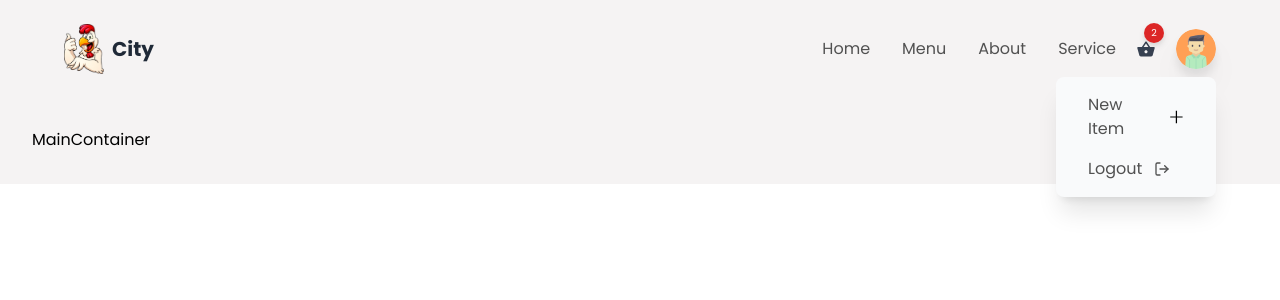
Repository: shikubro90/foodApp
Page: /
These files come from the project's save history. The page is drawn as it stood at one moment and after the next save; the edit follows.
The browser window is 1280 px wide. The pictures show the whole page.
The project was rebuilt for these pictures with package versions that can differ from the ones it lists, and the page was loaded fresh each time. Also part of the build but not shown: src/Components/CreateContainer.jsx.

Above is the page before, as saved 2022-09-21 19:32:44.

### src/index.js
import React from 'react'
import ReactDOM from 'react-dom/client'
import './index.css'
import App from './App'

import {BrowserRouter} from 'react-router-dom'

import {StateProvider} from './context/StateProvider'
import {initialState} from './context/InitialState'
import reducer from './context/reducer'

const root = ReactDOM.createRoot(document.getElementById('root'));
root.render(
  <React.StrictMode>
    <BrowserRouter>
      <StateProvider initialState={initialState} reducer={reducer}>
        <App />
      </StateProvider>
    </BrowserRouter>
  </React.StrictMode>
);

### src/index.css
@import url(https://fonts.googleapis.com/css?family=Poppins:100,100italic,200,200italic,300,300italic,regular,italic,500,500italic,600,600italic,700,700italic,800,800italic,900,900italic);

*{
    margin: 0;
    padding: 0;
    box-sizing: border-box;
}
body{
    font-family: "Poppins", sans-serif, system-ui, -apple-system, BlinkMacSystemFont, 'Segoe UI', Roboto, Oxygen, Ubuntu, Cantarell, 'Open Sans', 'Helvetica Neue', sans-serif;
}

html, body{
    scroll-behavior: smooth;
}

@tailwind base;
@tailwind components;
@tailwind utilities;

@layer components {
    .newDishCard {
      @apply w-225 h-auto p-4 rounded-2xl shadow-2xl duration-100 ease-in-out bg-cardColor backdrop-blur-md hover:shadow-none hover:bg-gradient-to-bl from-emerald-400 to-emerald-700 flex flex-col items-center justify-center relative;
    }
  }

### src/App.js
import React from 'react'
import { Header, CreateContainer, MainContainer } from './Components'
import {Route, Routes} from 'react-router-dom'
import {AnimatePresence} from 'framer-motion'

const App = () => {
  return (
    <AnimatePresence>
      <div className="w-screen h-auto flex flex-col bg-primary ">
          <Header/>
          <main className='mt-24 p-8 w-full'>
            <Routes>
              <Route path='/' element={<MainContainer/>}/>
              <Route path='create' element={<CreateContainer/>}/>
            </Routes>
          </main>
      </div>
    </AnimatePresence>
  )
}

export default App

### src/context/InitialState.js
import { fetchUser } from "../utils/localStorageData"

const userInfo = fetchUser()

export const initialState = {
    user: userInfo,


}

### src/context/reducer.js
export const actionType = {
    SET_USER : "SET_USER"
};

const reducer = (state, action) =>{
    switch (action.type) {
        case actionType.SET_USER:
          return {
            ...state,
            user: action.user,
          };
        default :
        return state;
    }
}

export default reducer;

### src/Components/index.js
export {default as Header} from './Header'
export {default as MainContainer} from './MainContainer'
export {default as CreateContainer} from './CreateContainer'

### src/utils/localStorageData.js
export const fetchUser =()=>{
    const userInfo = localStorage.getItem("user") !== "undefined" ?
    JSON.parse(localStorage.getItem("user")): localStorage.clear();

    return userInfo
}

### src/Components/Header.jsx
import logo from '../img/logo.png'
import { IoMdBasket } from 'react-icons/io'
import {GrAdd} from 'react-icons/gr'
import {FiLogOut} from 'react-icons/fi'
import Avatar from '../img/avatar.png'
import { motion } from 'framer-motion'
import { Link, NavLink } from 'react-router-dom'

// firebase auth
import { getAuth, GoogleAuthProvider, signInWithPopup } from 'firebase/auth'

// get app from firebase.config.js file
import { app } from '../Firebase.config'
import { useStateValue } from '../context/StateProvider'
import { actionType } from '../context/reducer'


const Header = () => {

  const firebaseAuth = getAuth(app)
  const provider = new GoogleAuthProvider()
  const [{ user }, dispatch] = useStateValue();


  const login = async () => {
    if (!user){
      const {
        user: {refreshToken, providerData }
      } = await signInWithPopup(firebaseAuth, provider)
      dispatch({
        type: actionType.SET_USER,
        user: providerData[0],
      })
      localStorage.setItem("user", JSON.stringify(providerData[0]))
    }
  }


  return (
    <div className="fixed z-50 w-screen p-3 px-4 md:p-6 md:px-16 bg-primary">
      {/* Desktop & Tablet */}
      <div className="hidden md:flex w-full h-full items-center justify-between">
        <NavLink to={'/'}>
          <motion.div
            whileTap={{ scale: 0.6 }}
            className="flex items-center gap-2"
          >
            <img src={logo} alt="logo" className="w-10 object-cover" />
            <p className="text-gray-800 text-xl font-bold">City</p>
          </motion.div>
        </NavLink>

        <div className="flex justify-center items-center">
          <ul className="flex items-center justify-center gap-8 ml-auto">
            <li className="text-base text-textColor cursor-pointer hover:text-gray-600 duration-100 ease-in-out">
              Home
            </li>
            <li className="text-base text-textColor cursor-pointer hover:text-gray-600 duration-100 ease-in-out">
              Menu
            </li>
            <li className="text-base text-textColor cursor-pointer hover:text-gray-600 duration-100 ease-in-out">
              About
            </li>
            <li className="text-base text-textColor cursor-pointer hover:text-gray-600 duration-100 ease-in-out">
              Service
            </li>
          </ul>

          <div className="relative flex items-center justify-center ml-5 cursor-pointer">

            <motion.div whileTap={{ scale: 0.6 }}>
              <IoMdBasket className="text-xl text-gray-700" />
              <motion.span
                whileHover={{ scale: 1.1 }}
                className="drop-shadow-md rounded-full w-5 h-5 bg-cart bg-car bg-red-600 flex justify-center items-center text-[.6rem] text-white -top-4 -right-2 absolute"
              >
                2
              </motion.span>
            </motion.div>

          </div>

          <div className="relative">

            <motion.img
              whileTap={{ scale: 0.6 }}
              src={user ? user.photoURL : Avatar}
              alt=""
              className="w-6 h-6 min-w-[40px] min-h-[40px] ml-5 cursor-pointer drop-shadow-xl rounded-full"
              onClick={login}
            />
            <div className='w-40 shadow-xl absolute bg-gray-50 right-0 top-12 rounded-lg flex flex-col px-4 py-2'>
              <p className='px-4 py-2 flex items-center gap-3 cursor-pointer hover:bg-slate-200 transition-all duration-100 ease-in-out text-textColor text-base'>New Item <GrAdd/></p>
              <p className='px-4 py-2 flex items-center gap-3 cursor-pointer hover:bg-slate-200 transition-all duration-100 ease-in-out text-textColor text-base'>Logout <FiLogOut/></p>
            </div>

          </div>
        </div>
      </div>

      {/* Mobile */}
      <div className="flex md:hidden w-full h-full bg-blue-400">Mobile</div>
    </div>
  )
}

export default Header

### src/Firebase.config.js
import {getApp, getApps, initializeApp} from "firebase/app"
import {getFirestore} from "firebase/firestore"
import {getStorage} from "firebase/storage"

const firebaseConfig = {
    apiKey: "AIzaSyAGBeUhrzzT-68kroIN5G62mBqU-b-5so0",
    authDomain: "foodapp-6e162.firebaseapp.com",
    databaseURL: "https://foodapp-6e162-default-rtdb.firebaseio.com",
    projectId: "foodapp-6e162",
    storageBucket: "foodapp-6e162.appspot.com",
    messagingSenderId: "875229452645",
    appId: "1:875229452645:web:13552ebbe293467d7f698c"
  };

const app = getApps.length>0? getApp() : initializeApp(firebaseConfig);
const fireStore = getFirestore(app)
const storage = getStorage(app)

export {app, fireStore, storage}

### tailwind.config.js
/** @type {import('tailwindcss').Config} */
module.exports = {
  content: ['./src/**/*.{js,jsx,ts,tsx}'],
  theme: {
    extend: {
      width: {
        150: "150px",
        190: "190px",
        225: "225px",
        275: "275px",
        300: "300px",
        340: "340px",
        350: "350px",
        375: "375px",
        460: "460px",
        656: "656px",
        880: "880px",
        508: "508px",
      },
      height: {
        80: "80px",
        150: "150px",
        225: "225px",
        300: "300px",
        340: "340px",
        370: "370px",
        420: "420px",
        510: "510px",
        600: "600px",
        650: "650px",
        685: "685px",
        800: "800px",
        "90vh": "90vh",
      },
      minWidth: {
        210: "210px",
        350: "350px",
        620: "620px",
      },
      screens: {
        sm: "640px",
        md: "768px",
        lg: "1024px",
        xl: "1280px",
        "2xl": "1536px",
      },
      colors: {
        headingColor: "#2e2e2e",
        textColor: "#515151",
        cartNumBg: "#e80013",
        primary: "#f5f3f3",
        cardOverlay: "rgba(256,256,256,0.4)",
        lighttextGray: "#9ca0ab",
        card: "rgba(256,256,256,0.8)",
        cartBg: "#282a2c",
        cartItem: "#2e3033",
        cartTotal: "#343739",
      },
    },
  },
  plugins: [],
}

Loaded but not shown: src/context/StateProvider.js (common file); src/Components/MainContainer.jsx (common file)

After the next save:
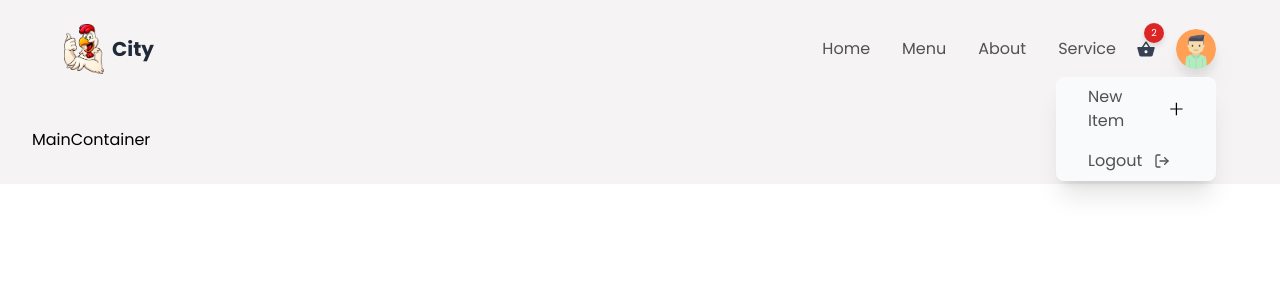
Saved 16 s later.
--- a/src/Components/Header.jsx
+++ b/src/Components/Header.jsx
@@ -89,7 +89,7 @@ const Header = () => {
               className="w-6 h-6 min-w-[40px] min-h-[40px] ml-5 cursor-pointer drop-shadow-xl rounded-full"
               onClick={login}
             />
-            <div className='w-40 shadow-xl absolute bg-gray-50 right-0 top-12 rounded-lg flex flex-col px-4 py-2'>
+            <div className='w-40 shadow-xl absolute bg-gray-50 right-0 top-12 rounded-lg flex flex-col px-4 '>
               <p className='px-4 py-2 flex items-center gap-3 cursor-pointer hover:bg-slate-200 transition-all duration-100 ease-in-out text-textColor text-base'>New Item <GrAdd/></p>
               <p className='px-4 py-2 flex items-center gap-3 cursor-pointer hover:bg-slate-200 transition-all duration-100 ease-in-out text-textColor text-base'>Logout <FiLogOut/></p>
             </div>
